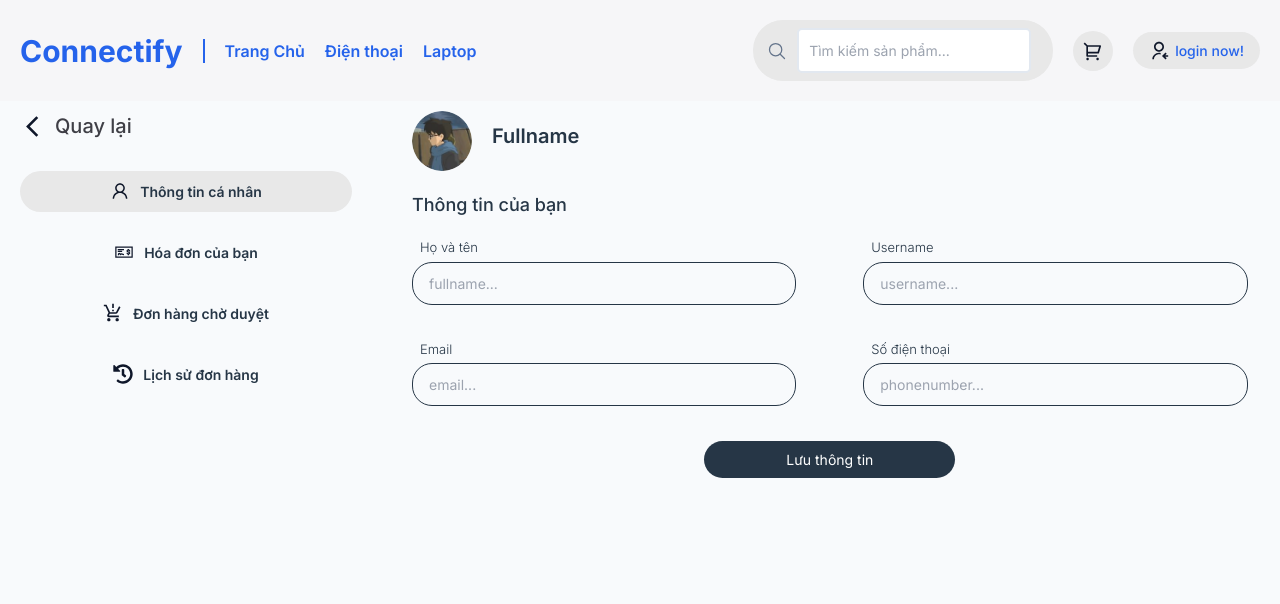
Repository: tvbacs/JavaWebProjectUI
Page: /profile
An editor plug-in stored every save of this project. The page is shown before and after the next save, followed by the edit.
The browser window is 1280 px wide. The pictures show the whole page.
An inner scrolling area shows only its first screen. The project was rebuilt for these pictures with package versions that can differ from the ones it lists, and the page was loaded fresh each time. Also part of the build but not shown: src/pages/Auth/Login/index.js, src/pages/HomePage/HomePage.module.scss, src/components/Item/Item.module.scss, src/components/Item/index.js, src/components/Scroll/Scroll.module.scss, src/components/Scroll/index.js, src/pages/HomePage/index.js, src/pages/LaptopPage/LaptopPage.module.scss and 46 more.

Above is the page before, as saved 2025-05-25 06:13:58.

### src/index.js
import React from 'react';
import ReactDOM from 'react-dom/client';
import App from './App';
import GlobalStyles from '@/Globals/GlobalStyles';
import { BrowserRouter } from 'react-router-dom';
import { UserProvider } from './contexts/UserContext';

const root = ReactDOM.createRoot(document.getElementById('root'));
root.render(
  <BrowserRouter>
      <UserProvider>
      <GlobalStyles>
        <App />
      </GlobalStyles>
          </UserProvider>
  </BrowserRouter>
);

### src/Globals/GlobalStyles/index.js
import "./GlobalStyles.scss";

function GlobalStyles({children}){
    return(
        children
    )
}
export default GlobalStyles;

### src/contexts/UserContext.js
import { createContext, useContext, useState, useMemo } from 'react';

const UserContext = createContext(null);

export const UserProvider = ({ children }) => {
  const [user, setUser] = useState(null);
  const [isLoading, setIsLoading] = useState(false);
  const [isFetched, setIsFetched] = useState(false);

  const contextValue = useMemo(
    () => ({
      user,
      setUser,
      isLoading,
      setIsLoading,
      isFetched,
      setIsFetched,
    }),
    [user, isLoading, isFetched]
  );

  return (
    <UserContext.Provider value={contextValue}>
      {children}
    </UserContext.Provider>
  );
};

export const useUser = () => useContext(UserContext);

### src/services/authService.js
// src/services/authService.js
import request from '@/utils/request';
import QueryString from 'qs';

const authService = {
  // Đăng nhập
  login: async (email, password) => {
    try {
      const response = await request.post(
        '/auth/login',
        QueryString.stringify({ email, password }),
        {
          headers: {
            'Content-Type': 'application/x-www-form-urlencoded',
          },
        }
      );
      const { token } = response.data;
      localStorage.setItem('token', token);
      return { success: true, token };
    } catch (error) {
      const message = error.response?.data?.error || 'Đăng nhập thất bại.';
      return { success: false, message };
    }
  },

  // Đăng ký
  signup: async (email, fullname, phonenumber, password) => {
    try {
      const response = await request.post(
        '/auth/signup',
        QueryString.stringify({
          email,
          fullname,
          phonenumber,
          password,
        }),
        {
          headers: {
            'Content-Type': 'application/x-www-form-urlencoded',
          },
        }
      );

      return {
        success: true,
        message: response.data.message || 'Đăng ký thành công',
      };
    } catch (error) {
      const message = error.response?.data?.error || 'Đăng ký thất bại.';
      return { success: false, message };
    }
  },

  getMe: async () => {
    try {
      const token = localStorage.getItem('token');
      if (!token) {
        return { success: false, message: 'Chưa đăng nhập.' };
      }

      const response = await request.get('/auth/me', {
        headers: {
          Authorization: `Bearer ${token}`,
        },
      });

      return {
        success: true,
        user: response.data,
      };
    } catch (error) {
      const message = error.response?.data?.error || 'Không thể lấy thông tin người dùng.';
      if (error.response?.status === 401) {
        localStorage.removeItem('token');
      }
      return { success: false, message };
    }
  },

  // Đăng xuất
  logout: () => {
    localStorage.removeItem('token');
  },

  // Lấy token hiện tại
  getToken: () => {
    return localStorage.getItem('token');
  },
};

export default authService;

### src/Globals/GlobalStyles/GlobalStyles.scss
@import 'normalize.css';
@import url('https://fonts.googleapis.com/css2?family=Inter:wght@300;400;500;600;700;800&display=swap');

:root{
    // User Theme Colors
    --primary: #2563eb;
    --primary-dark: #1d4ed8;
    --primary-light: #3b82f6;
    --secondary: #64748b;
    --accent: #f59e0b;
    --success: #10b981;
    --warning: #f59e0b;
    --error: #ef4444;

    // Background Colors
    --bg-primary: #ffffff;
    --bg-secondary: #f8fafc;
    --bg-tertiary: #f1f5f9;
    --bg-gradient: linear-gradient(135deg, #667eea 0%, #764ba2 100%);
    --bg-gradient-light: linear-gradient(135deg, #f8fafc 0%, #e2e8f0 100%);

    // Text Colors
    --text-primary: #0f172a;
    --text-secondary: #475569;
    --text-tertiary: #64748b;
    --text-light: #94a3b8;

    // Border Colors
    --border-primary: #e2e8f0;
    --border-secondary: #cbd5e1;
    --border-focus: #3b82f6;

    // Shadow
    --shadow-sm: 0 1px 2px 0 rgb(0 0 0 / 0.05);
    --shadow-md: 0 4px 6px -1px rgb(0 0 0 / 0.1), 0 2px 4px -2px rgb(0 0 0 / 0.1);
    --shadow-lg: 0 10px 15px -3px rgb(0 0 0 / 0.1), 0 4px 6px -4px rgb(0 0 0 / 0.1);
    --shadow-xl: 0 20px 25px -5px rgb(0 0 0 / 0.1), 0 8px 10px -6px rgb(0 0 0 / 0.1);

    // Spacing
    --spacing-xs: 0.25rem;
    --spacing-sm: 0.5rem;
    --spacing-md: 1rem;
    --spacing-lg: 1.5rem;
    --spacing-xl: 2rem;
    --spacing-2xl: 3rem;

    // Border Radius
    --radius-sm: 0.375rem;
    --radius-md: 0.5rem;
    --radius-lg: 0.75rem;
    --radius-xl: 1rem;
    --radius-2xl: 1.5rem;

    // Legacy (for backward compatibility)
    --bgc: #F6F6F8;
    --gray50: #64748b;
    --gray85: #475569;
}
*{
    box-sizing: border-box;
}

html{
    font-size: 62.5%;
    scroll-behavior: smooth;
}

body{
    font-family: 'Inter', -apple-system, BlinkMacSystemFont, 'Segoe UI', sans-serif;
    font-size: 1.6rem;
    line-height: 1.6;
    color: var(--text-primary);
    background-color: var(--bg-secondary);
    text-rendering: optimizeLegibility;
    -webkit-font-smoothing: antialiased;
    -moz-osx-font-smoothing: grayscale;
}
@tailwind base;
@tailwind components;
@tailwind utilities;
// Modern Mixins
@mixin input(){
    border: 2px solid var(--border-primary);
    outline: none;
    background-color: var(--bg-primary);
    border-radius: var(--radius-md);
    padding: var(--spacing-md);
    font-size: 1.4rem;
    transition: all 0.2s ease;

    &:focus {
        border-color: var(--border-focus);
        box-shadow: 0 0 0 3px rgb(59 130 246 / 0.1);
    }
}

@mixin flex-center(){
    display: flex;
    justify-content: center;
    align-items: center;
}

@mixin button(){
    border: none;
    outline: none;
    cursor: pointer;
    border-radius: var(--radius-md);
    padding: var(--spacing-md) var(--spacing-lg);
    font-weight: 500;
    transition: all 0.2s ease;

    &:hover {
        transform: translateY(-1px);
    }

    &:active {
        transform: translateY(0);
    }
}

@mixin button-primary(){
    @include button();
    background: var(--primary);
    color: white;

    &:hover {
        background: var(--primary-dark);
        box-shadow: var(--shadow-md);
    }
}

@mixin button-secondary(){
    @include button();
    background: var(--bg-primary);
    color: var(--text-primary);
    border: 2px solid var(--border-primary);

    &:hover {
        border-color: var(--primary);
        color: var(--primary);
    }
}

@mixin card(){
    background: var(--bg-primary);
    border-radius: var(--radius-xl);
    box-shadow: var(--shadow-md);
    border: 1px solid var(--border-primary);
    transition: all 0.3s ease;

    &:hover {
        box-shadow: var(--shadow-lg);
        transform: translateY(-2px);
    }
}

@mixin a(){
    text-decoration: none;
    color: var(--text-primary);
    transition: color 0.2s ease;

    &:hover {
        color: var(--primary);
    }
}

### src/layout/OnlyHeaderLayout/index.js
import classNames from 'classnames/bind';
import styles from './OnlyHeaderLayout.module.scss';
import Header from '@/components/Header';
import Slider from '@/components/Slider';
import Footer from '@/components/Footer';

const cx = classNames.bind(styles);

function OnlyHeaderLayout({children}) {
    return (
        <div className={cx('container',"wrapper","flex","w-screen","h-screen",'flex-col')}>
            <Header/>
           <div className={cx('body')}>
                <div className={cx("content","flex-grow")}>
                    {children}
                </div>
           </div>
        </div>
    );
}

export default OnlyHeaderLayout;

### src/utils/request.js
// src/utils/request.js
import axios from 'axios';

const apiClient = axios.create({
  baseURL: process.env.REACT_APP_API_URL || "http://localhost:1512",
  headers: {
    'Content-Type': 'application/json',
  },
});
apiClient.interceptors.request.use(
  (config) => {
    const token = localStorage.getItem('token');
    if (token) {
      config.headers['Authorization'] = `Bearer ${token}`;
    }
    return config;
  },
  (error) => Promise.reject(error)
);

export default apiClient;

### src/pages/Auth/Auth.module.scss
.wrapper{
    width: 100vw;
    height: 100vh;
    background: var(--bg-gradient);
    display: flex;
    justify-content: center;
    align-items: center;
    padding: var(--spacing-xl);
    position: relative;

    &::before {
        content: '';
        position: absolute;
        top: 0;
        left: 0;
        right: 0;
        bottom: 0;
        background: radial-gradient(circle at 20% 80%, rgba(120, 119, 198, 0.3) 0%, transparent 50%),
                    radial-gradient(circle at 80% 20%, rgba(255, 255, 255, 0.15) 0%, transparent 50%);
        pointer-events: none;
    }
}

.content{
    width: 450px;
    max-width: 100%;
    background: var(--bg-primary);
    border-radius: var(--radius-2xl);
    padding: var(--spacing-2xl);
    box-shadow: var(--shadow-xl);
    backdrop-filter: blur(20px);
    border: 1px solid rgba(255, 255, 255, 0.2);
    position: relative;
    z-index: 1;

    > h1{
        font-size: 3.2rem;
        font-weight: 800;
        color: var(--text-primary);
        text-align: center;
        margin-bottom: var(--spacing-sm);
        background: var(--bg-gradient);
        -webkit-background-clip: text;
        -webkit-text-fill-color: transparent;
        background-clip: text;
    }

    > span{
        font-size: 1.6rem;
        color: var(--text-secondary);
        margin-bottom: var(--spacing-2xl);
        display: block;
        text-align: center;
        line-height: 1.6;
        font-weight: 400;
    }
}

form{
    width: 100%;
    display: flex;
    flex-direction: column;
    gap: var(--spacing-lg);
}

.form-group{
    display: flex;
    align-items: center;
    border-radius: var(--radius-xl);
    border: 2px solid var(--border-primary);
    padding: var(--spacing-sm);
    background: var(--bg-secondary);
    transition: all 0.3s ease;

    &:focus-within {
        border-color: var(--primary);
        background: var(--bg-primary);
        box-shadow: 0 0 0 3px rgba(37, 99, 235, 0.1);
        transform: translateY(-1px);
    }

    &-icon{
        width: 45px;
        height: 45px;
        border-radius: var(--radius-lg);
        background: var(--bg-gradient);
        display: flex;
        justify-content: center;
        align-items: center;
        color: white;
        margin-right: var(--spacing-md);
        font-size: 1.8rem;
    }
}

.form-input{
    border: none;
    outline: none;
    background: transparent;
    flex: 1;
    padding: var(--spacing-md) var(--spacing-sm);
    font-size: 1.6rem;
    color: var(--text-primary);

    &::placeholder {
        color: var(--text-tertiary);
        font-weight: 400;
    }
}

.btn-submit{
    border: none;
    outline: none;
    cursor: pointer;
    width: 100%;
    height: 55px;
    font-size: 1.6rem;
    font-weight: 600;
    margin-top: var(--spacing-md);
    border-radius: var(--radius-xl);
    background: var(--bg-gradient);
    color: white;
    position: relative;
    overflow: hidden;
    transition: all 0.3s ease;

    &::before {
        content: '';
        position: absolute;
        top: 0;
        left: -100%;
        width: 100%;
        height: 100%;
        background: linear-gradient(90deg, transparent, rgba(255,255,255,0.2), transparent);
        transition: left 0.5s;
    }

    &:hover::before {
        left: 100%;
    }

    &:hover {
        transform: translateY(-2px);
        box-shadow: 0 10px 25px rgba(37, 99, 235, 0.3);
    }
}

.btn-switch{
    display: block;
    text-align: center;
    margin: var(--spacing-xl) auto 0;
    font-size: 1.6rem;
    font-weight: 500;
    color: var(--text-secondary);
    text-decoration: none;
    transition: all 0.3s ease;
    padding: var(--spacing-sm);
    border-radius: var(--radius-md);

    &:hover{
        color: var(--primary);
        background: rgba(37, 99, 235, 0.05);
        transform: translateY(-1px);
    }
}

// Responsive design
@media (max-width: 768px) {
    .wrapper {
        padding: var(--spacing-md);
    }

    .content {
        width: 100%;
        padding: var(--spacing-xl);

        > h1 {
            font-size: 2.8rem;
        }

        > span {
            font-size: 1.4rem;
        }
    }

    .form-group {
        padding: var(--spacing-xs);

        &-icon {
            width: 40px;
            height: 40px;
            font-size: 1.6rem;
        }
    }

    .form-input {
        font-size: 1.4rem;
        padding: var(--spacing-sm);
    }

    .btn-submit {
        height: 50px;
        font-size: 1.4rem;
    }
}

### src/services/electronicService.js
import request from '../utils/request';

// Helper function to map API status to frontend status
const mapProductStatus = (product) => {
  return {
    ...product,
    status: product.quantity > 0 ? 'instock' : 'outofstock',
    // Keep original API status for reference
    apiStatus: product.status
  };
};

// Helper function to map array of products
const mapProductsArray = (products) => {
  return products.map(mapProductStatus);
};

const electronicService = {
  getAllElectronics: async () => {
    try {
      const response = await request.get('/electronics');
      return {
        success: true,
        data: mapProductsArray(response.data),
      };
    } catch (error) {
      const message = error.response?.data?.error || error.response?.data?.message || 'Không thể lấy danh sách electronics';
      return { success: false, message };
    }
  },

  getElectronicById: async (id) => {
    try {
      const response = await request.get(`/electronics/${id}`);
      return {
        success: true,
        data: mapProductStatus(response.data),
      };
    } catch (error) {
      const message = error.response?.data?.error || error.response?.data?.message || "Không thể lấy chi tiết sản phẩm";
      return { success: false, message };
    }
  },

  searchElectronics: async (keyword) => {
    try {
      const response = await request.get(`/electronics/search`, {
        params: { keyword }
      });
      return {
        success: true,
        data: mapProductsArray(response.data),
      };
    } catch (error) {
      const message = error.response?.data?.error || error.response?.data?.message || 'Không thể tìm kiếm sản phẩm';
      return { success: false, message };
    }
  },
};

export default electronicService;

### src/services/invoiceService.js
import request from '../utils/request';

const invoiceService = {
  createInvoice: async ({ address, paymentMethod, purchasedItems, totalPrice, status }) => {
    try {
      const formData = new URLSearchParams();
      formData.append("address", address);
      formData.append("paymentMethod", paymentMethod);
      formData.append("purchasedItems", purchasedItems);
      formData.append("totalPrice", totalPrice);
      formData.append("status", status);

      const response = await request.post("/invoices", formData, {
        headers: {
          "Content-Type": "application/x-www-form-urlencoded",
        },
      });

      return {
        success: true,
        data: response.data,
      };
    } catch (error) {
      const message = error.response?.data?.error || "Không thể tạo hóa đơn";
      return { success: false, message };
    }
  },

  getUserInvoices: async () => {
    try {
      const response = await request.get("/invoices/user");
      return {
        success: true,
        data: response.data,
      };
    } catch (error) {
      const message = error.response?.data?.error || "Không thể lấy lịch sử đơn hàng";
      return { success: false, message };
    }
  },

  getInvoicesByUser: async () => {
    try {
      const response = await request.get('/invoices/user');
      return {
        success: true,
        data: response.data,
      };
    } catch (error) {
      const message = error.response?.data?.error || 'Không thể lấy danh sách hóa đơn';
      return { success: false, message };
    }
  },
};


export default invoiceService;

### src/layout/OnlyHeaderLayout/OnlyHeaderLayout.module.scss

.wrapper{
    background: var(--bg-secondary);
    min-height: 100vh;
    display: flex;
    flex-direction: column;
}

.content{
    flex: 1;
    padding: 0 var(--spacing-xl) var(--spacing-xl);
    overflow-y: auto;
    scroll-behavior: smooth;

    &::-webkit-scrollbar{
        display: none;
    }

    // Firefox
    scrollbar-width: none;
}

.body{
    flex: 1;
    display: flex;
    flex-direction: column;
    overflow-y: auto;
    padding-top: var(--spacing-md);

    &::-webkit-scrollbar{
        display: none;
    }

    // Firefox
    scrollbar-width: none;
}

// Responsive design
@media (max-width: 768px) {
    .content {
        padding: 0 var(--spacing-md) var(--spacing-md);
    }
}

### src/pages/Profile/Profile.module.scss
.wrapper{
    width: 100%;
}
.content{
    width: 100%;
    display:flex;

}
.sibar{
    width: 30%;
    display:flex;
    flex-direction: column;
    justify-content: flex-start;
    padding-right: 40px;
}

.tabs{
    width: 100%;
    .tab-item{
        display:flex;
        align-items: cebnter;
        justify-content: center;
        width: 100%;
        padding:10px 18px;
        border-radius: 30px;
        margin-bottom: 20px;
        cursor:pointer;
        &.active {
        background-color: #E8E8E8;
        }
    }
}
.content-tab{
    width: 69%;
    padding:0 0 0 20px;
}
.information{
    width: 100%;
    display: flex;
    flex-direction: column;
    .avt{
        width: 60px;
        height: 60px;
        border-radius: 50%;
        margin-right: 20px;
    }
}
.form-group{
    width: 46%;
    display: flex;
    flex-direction: column;
    >label{
        font-size: 13px;
        color:#263646;
        font-weight: 300;
        margin-bottom: 4px;
        margin-left:8px;
    }
    >input{
        outline: none;
        border:1px solid #263646;
        padding:10px 16px;
        border-radius: 20px;
        font-size: 14px;
        background-color: transparent;
    }
}
.btn-submit{
    width:30%;
    color:white;
    border-radius: 30px;
    padding:8px 0;
    background-color: #263646;
    font-size: 14px;
    font-weight: 400;
    margin:auto;
}

.bill{
    width: 100%;
    padding:2px 0 0 30px;
}
.order{
    width: 100%;
    padding:2px 0 0 30px;
}
.bill-item{
    width:100%;
    padding:20px;
    display:flex;
    flex-direction: column;
        border-radius: 30px;
        background-color: #fff;
        box-shadow: 0 0 3px rgba(0,0,0,0.3);
    margin-bottom: 10px;
    }
@media screen and (max-width: 639px) {
    .content{
        flex-wrap: wrap;
    }
    .sibar{
        width: 100%;
    }
    .content-tab{
        width: 100%;
        padding:0;
    }
    .bill , .order{
        padding:0;
    }
}

### src/components/Header/Header.module.scss
@import  "../../Globals/GlobalStyles/GlobalStyles.scss";

.wrapper{
    padding:20px;
    background-color: var(--bgc);
}
.logo{
    color:var(--primary);
    line-height: 10px;
    font-weight: bold;
      font-family: 'Inter', sans-serif;
}
.nav{
  padding-left:20px;
  margin-left: 20px;
  border-left: 2px solid var(--primary);
  &-item{
    margin-right: 20px;
    font-size: 16px;
    font-weight: 600;
    cursor:pointer;
    color:var(--primary);
  }
}
.nav-link {
  position: relative;
  padding-bottom: 4px;
  transition: all 0.5s;

  &.active::before {
    content: '';
    position: absolute;
    width: 40%;
    height: 2px;
    border-radius: 20px;
    background-color: var(--primary);
    bottom: 0;
    left: 50%;
    transform: translateX(-50%);
  }
}

.search{
    min-width: 300px;
    max-width: 350px;
    border-radius: 30px;
    padding:8px 14px;
    background-color: #E8E8E8;
    &-icon{
        font-size: 20px;
        color:var(--gray50);
    }
    &-input{
        @include input();
        font-size: 14px;
        color:var(--primary);
        margin-left: 10px;
    }
}
.cart{
    width: 40px;
    height: 40px;
    border-radius: 50%;
    background-color: #E8E8E8;
    padding:5px;
    @include flex-center();
    margin:0 20px;
    cursor:pointer;
}
.cart:hover{
    box-shadow: 0 0 2px rgba(0,0,0,0.5);
}

.btn-login{
    display:flex;
    align-items: center;
    padding:8px 16px;
    background-color: #E8E8E8;
    border-radius: 20px;

}
.btn-menu{
  width: 40px;
  height: 40px;
  border-radius: 50%;
      background-color: #E8E8E8;
  @include flex-center;
}
.btn-login:hover{
        box-shadow: 0 0 2px rgba(0,0,0,0.5);

}
.btn-login-title {
    color:var(--primary);
    font-weight: 500;
}

@media screen and (max-width: 639px) {
  .wrapper{
    padding:10px;
  }
  .logo{
    font-size: 20px;
  }
  .search{
    min-width: 170px;
  }
  .cart{
    margin:0 5px;
  }
  .btn-login{
    display:none;
  }
  .search-input{
    font-size: 10px;
  }
  .avt-auth{
    display:none;
  }
}

.user-menu {
  display: flex;
  align-items: center;
  gap: 12px;
}

.admin-link {
  background: linear-gradient(135deg, #667eea 0%, #764ba2 100%);
  color: white;
  padding: 6px 12px;
  border-radius: 20px;
  text-decoration: none;
  font-size: 12px;
  font-weight: 600;
  transition: all 0.3s ease;

  &:hover {
    transform: translateY(-1px);
    box-shadow: 0 4px 12px rgba(102, 126, 234, 0.3);
  }
}

@media screen and (min-width: 640px) and (max-width: 1023px) {
  .btn-menu{
    margin-left: 20px;
  }
}

### src/components/Footer/Footer.module.scss
@import url('https://fonts.googleapis.com/css2?family=Roboto&display=swap');
.wrapper{
    width: 100%;
    padding:20px 30px;
    background-color: var(--primary);
}
.content{
    width: 100%;
    height:100%;
    display: flex;
    align-items: start;
    justify-content: space-between;
    flex-wrap: wrap;
}
.list{
    list-style-type: none;
    .title-small{
        color:white;
        font-size: 16px;
        font-weight:500;
    }
}

.title{
    color:white;
    font-weight: 900;
    font-size: 26px !important;
}
.item{
    color:white;
  font-family: 'Roboto', sans-serif;
    font-weight:100;
    cursor:pointer;
}
.item:hover{
    border-bottom: 1px solid white;
}
.input{
    width: 100%;
    border-radius: 20px;
    background-color: white;
    padding:6px 12px;
    margin:10px 0;
    display:flex;
    align-items: center;

    input{
        font-size: 14px;
        flex:1;
        outline: none;
        padding-left: 6px;
    }
    span{
    font-size: 14px;
    font-weight: 600;
    cursor:pointer;
    }
}
.social{
    width: 36px;
    height: 26px;
    border-radius: 4px;
    background-color: white;
    display:flex;
    justify-content: center;
    align-items: center;
    margin-right: 10px;
    cursor:pointer;
}
.icon-fb{
    color:blue;
    font-size: 20px;
}
.icon-tiktok{
    font-size: 20px;
}

Loaded but not shown: public/index.html (common file); tailwind.config.js (common file); src/pages/Profile/index.js (283 lines, source omitted); src/components/Header/index.js (144 lines, source omitted); src/utils/formatPrice.js (88 lines, source omitted); src/App.js (101 lines, source omitted); src/routes/index.js (50 lines, source omitted)

After the next save:
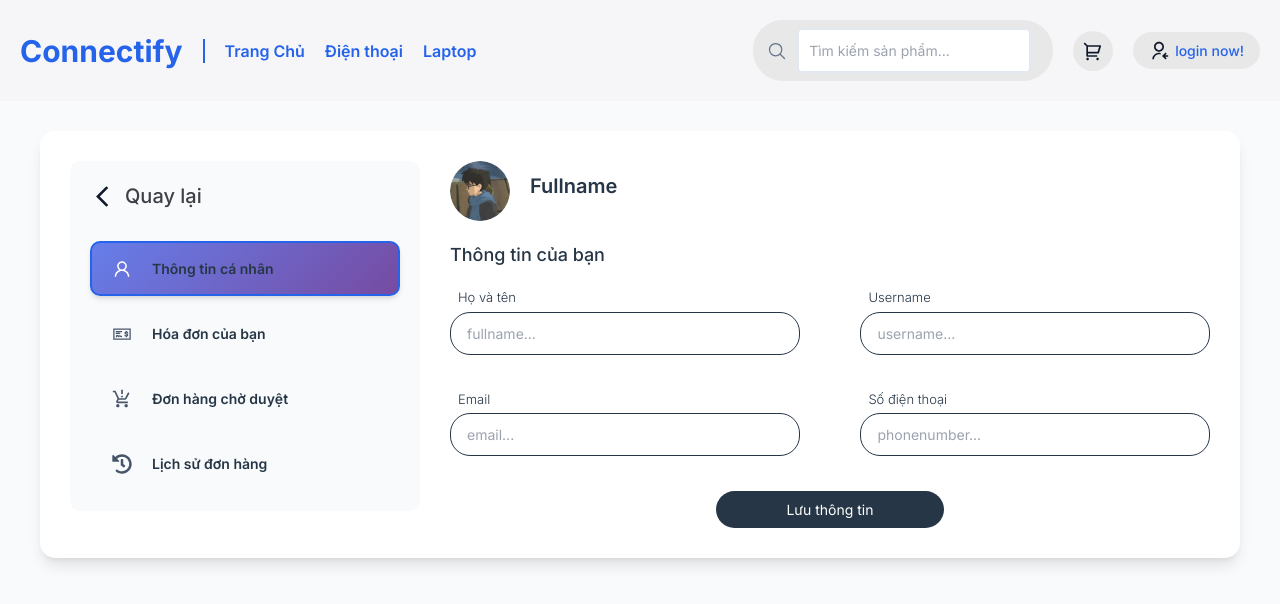
Saved 43 s later.
--- a/src/pages/Profile/Profile.module.scss
+++ b/src/pages/Profile/Profile.module.scss
@@ -1,38 +1,78 @@
 .wrapper{
     width: 100%;
+    min-height: 100vh;
+    background: var(--bg-secondary);
+    padding: var(--spacing-xl);
 }
+
 .content{
-    width: 100%;
-    display:flex;
+    max-width: 1400px;
+    margin: 0 auto;
+    background: var(--bg-primary);
+    border-radius: var(--radius-2xl);
+    padding: var(--spacing-2xl);
+    box-shadow: var(--shadow-lg);
+    display: flex;
+    gap: var(--spacing-2xl);
+}
 
-}
 .sibar{
-    width: 30%;
-    display:flex;
+    width: 350px;
+    flex-shrink: 0;
+    display: flex;
     flex-direction: column;
-    justify-content: flex-start;
-    padding-right: 40px;
+    background: var(--bg-secondary);
+    border-radius: var(--radius-xl);
+    padding: var(--spacing-xl);
+    height: fit-content;
+    position: sticky;
+    top: var(--spacing-xl);
 }
 
 .tabs{
     width: 100%;
+    display: flex;
+    flex-direction: column;
+    gap: var(--spacing-md);
+
     .tab-item{
-        display:flex;
-        align-items: cebnter;
-        justify-content: center;
+        display: flex;
+        align-items: center;
+        justify-content: flex-start;
         width: 100%;
-        padding:10px 18px;
-        border-radius: 30px;
-        margin-bottom: 20px;
-        cursor:pointer;
+        padding: var(--spacing-lg) var(--spacing-xl);
+        border-radius: var(--radius-xl);
+        cursor: pointer;
+        font-size: 1.6rem;
+        font-weight: 500;
+        color: var(--text-secondary);
+        transition: all 0.3s ease;
+        border: 2px solid transparent;
+        gap: var(--spacing-md);
+
+        &:hover {
+            background: var(--bg-primary);
+            color: var(--text-primary);
+            transform: translateX(4px);
+        }
+
         &.active {
-        background-color: #E8E8E8;
+            background: var(--bg-gradient);
+            color: white;
+            border-color: var(--primary);
+            box-shadow: var(--shadow-md);
+        }
+
+        svg {
+            font-size: 2rem;
         }
     }
 }
+
 .content-tab{
-    width: 69%;
-    padding:0 0 0 20px;
+    flex: 1;
+    display: flex;
+    flex-direction: column;
 }
 .information{
     width: 100%;
